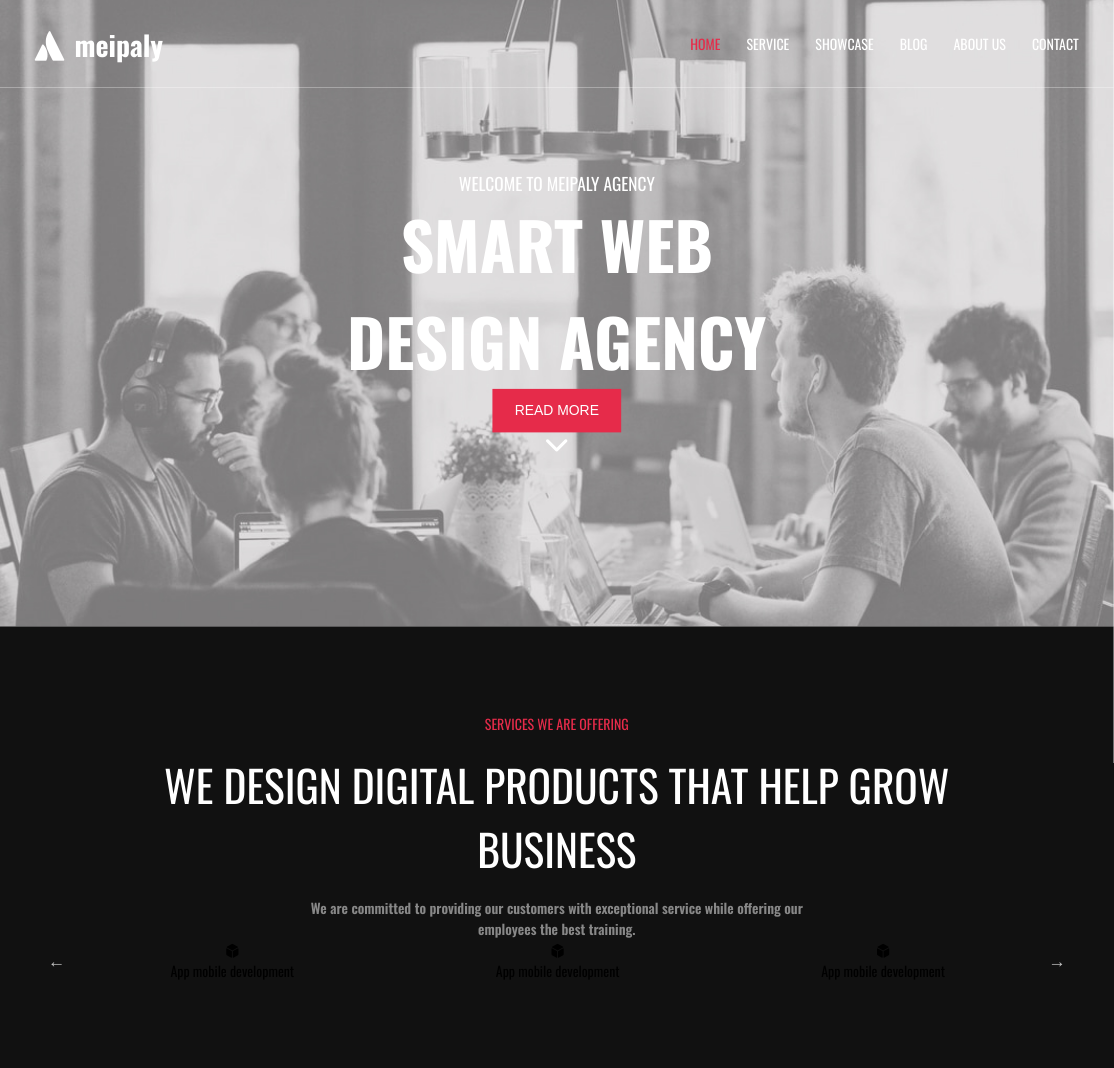
Repository: trminhphuc1504/meipaly
Page: meipaly.html
The author's editor kept a copy of each file at every save. The page is drawn from the files as they stood at one save, then again after the next save.
The browser window is 1280 px wide. The pictures show the whole page, at 87% of full size.
Some web fonts or font styles are not loaded; a fallback is used. Some web libraries are served in a nearby version.

Above is the page before, as saved 2024-08-19 00:42:36.

### meipaly.html
<!DOCTYPE html>
<html lang="en">
  <head>
    <meta charset="UTF-8" />
    <meta http-equiv="X-UA-Compatible" content="IE=edge" />
    <meta name="viewport" content="width=device-width, initial-scale=1.0" />
    <title>Meipaly</title>
    <!-- link logo -->
    <link
      rel="stylesheet"
      href="https://cdnjs.cloudflare.com/ajax/libs/font-awesome/6.6.0/css/all.min.css"
    />
    <!-- google-font -->
    <link rel="preconnect" href="https://fonts.googleapis.com" />
    <link rel="preconnect" href="https://fonts.gstatic.com" crossorigin />
    <link
      href="https://fonts.googleapis.com/css2?family=Oswald:wght@200..700&display=swap"
      rel="stylesheet"
    />

    <!-- Slick css -->
    <link rel="stylesheet" href="./lib/slick/slick.css" />

    <!-- Slick CSS Theme -->
    <link rel="stylesheet" href="./lib/slick/slick-theme.css" />

    <!-- link css -->
    <link rel="stylesheet" href="css/meipaly.css" />
  </head>
  <body>
    <!-- header -->
    <section id="header">
      <div class="container">
        <header>
          <div class="header-logo">
            <i class="fa-brands fa-atlassian"></i> <span>meipaly </span>
          </div>
          <nav class="header-nav">
            <ul>
              <li><a class="active" href="">HOME</a></li>
              <li><a href="">SERVICE</a></li>
              <li><a href="">SHOWCASE</a></li>
              <li><a href="">BLOG</a></li>
              <li><a href="">ABOUT US</a></li>
              <li><a href="">CONTACT</a></li>
            </ul>
          </nav>
        </header>
      </div>
    </section>
    <!-- banner -->
    <section id="banner">
      <div class="banner-content">
        <p class="banner-desc">WELCOME TO MEIPALY AGENCY</p>
        <h1 class="banner-title">SMART WEB DESIGN AGENCY</h1>
        <button class="banner-btn">Read More</button>
        <i class="fa-solid fa-chevron-down banner-icon"></i>
      </div>
    </section>

    <!-- Carousel -->
    <section id="carousel">
      <div class="container">
        <div class="carousel-content">
          <div class="carousel-sub-title">SERVICES WE ARE OFFERING</div>
          <h2 class="carousel-title">
            WE DESIGN DIGITAL PRODUCTS THAT HELP GROW BUSINESS
          </h2>
          <p class="carousel-desc">
            We are committed to providing our customers with exceptional service
            while offering our employees the best training.
          </p>
          <div class="carousel-slider">
            <div class="carousel-slider-item">
              <i class="fa-solid fa-dice-d6"></i>
              <p>App mobile development</p>
            </div>
            <div class="carousel-slider-item">
              <i class="fa-solid fa-dice-d6"></i>
              <p>App mobile development</p>
            </div>
            <div class="carousel-slider-item">
              <i class="fa-solid fa-dice-d6"></i>
              <p>App mobile development</p>
            </div>
            <div class="carousel-slider-item">
              <i class="fa-solid fa-dice-d6"></i>
              <p>App mobile development</p>
            </div>
            <div class="carousel-slider-item">
              <i class="fa-solid fa-dice-d6"></i>
              <p>App mobile development</p>
            </div>
            <div class="carousel-slider-itemr">
              <i class="fa-solid fa-dice-d6"></i>
              <p>App mobile development</p>
            </div>
            <div class="carousel-slider-item">
              <i class="fa-solid fa-dice-d6"></i>
              <p>App mobile development</p>
            </div>
            <div class="carousel-slider-item">
              <i class="fa-solid fa-dice-d6"></i>
              <p>App mobile development</p>
            </div>
          </div>
        </div>
      </div>
    </section>

    <!-- JQuery -->
    <script src="./js/jquery-1.11.0.min.js"></script>
    <!-- Slick JS -->
    <script src="./lib/slick/slick.min.js"></script>

    <script>
      $(".carousel-slider").slick({
        infinite: true,
        slidesToShow: 3,
        slidesToScroll: 3,
      });
    </script>
  </body>
</html>

### css/meipaly.css
/* reset css */
* {
margin: 0;
padding: 0;
box-sizing: border-box;
}

/* reset gạch chân mặc định của thẻ a  */
a{
    text-decoration: none;
}
html{
    font-family: "Oswald", sans-serif;
}

.container{
    max-width: 1200px;
    margin: auto;
    /* background: blue; */
}

/* --------------Header-------------- */
header{
    display: flex;
    justify-content: space-between;
    height: 100px;
    align-items: center;
}

#header{
    position: absolute;
    width: 100%;
    left: 0;
    top:0;
    border-bottom:1px solid rgba(255, 255, 255, 0.4);
}

header .header-logo{
    /* thay đổi hình dạng của con trỏ chuột */
    cursor:pointer ;
}

/* selector chọn những thẻ có class là header-logo nằm trong thẻ header */
header .header-logo span{
 font-size:32px;
 font-weight: 700;
 color:#fff;
 margin-left:  8px;
}

header .header-logo i{
    font-size:34px;
    color: #fff;
}

header .header-nav a{
    text-decoration: none;
    text-transform: uppercase;
    color: #fff;
    /* Xác định thuộc tính thay đổi */
    /* transition: all; */

    /* Thời gian thực hiện chuyển động thay đổi */
    /* transition-duration: 0.3s; */

    /* Hiệu ứng thay đổi */
    /* transition-timing-function: ease-in-out; */

    /* Cú pháp rút gọn */
    transition: all 0.3s ease-in-out;
}
/* hover: bắt sự kiện khi rê chuột vào thẻ a */
header .header-nav a:hover{
color: #e62b4a;
}
/* C1 */
/* header .header-nav li {
    display: inline;
    margin: 30px;
} */

/* C2: Sử dụng flex */
header .header-nav ul{
    /* bỏ đi đánh dấu của thẻ ul li */
    list-style: none;
    display: flex;
    /* chỉnh khoảng cách giữa các flex items */
    gap: 30px;
}
/* C1: thêm class active vào thẻ a ở file html */
/* Seclector tới thẻ a có class active nằm trong header-nav và trong header */
header .header-nav a.active{
    color: #e62b4a;
}

/* C2 */
/* Selector tới thẻ a trong thẻ con li đầu tiên của thẻ ul */
/* nth-child():lựa chọn tới thẻ con bất kì */
/* header .header-nav ul li:first-child{
    color: #e62b4a;
} */

#banner{
        /* Dùng hình ảnh để làm hình nền  */
        background:url(../img/home_slider.jpg);
        /*Tránh trường hợp lặp lại hình*/
        background-repeat: no-repeat;
        /* Chỉnh kích thước của hình nền */
        /* cover:chiếm hết toàn bộ kích thước của thẻ cha */
        /* contain: Giữ nguyên kích thước của hình*/
        background-size: cover;
        /* Chỉnh sửa vị trí của hình background */
        background-position: center;

        /* Cú pháp viết gọn */
        /* background:url(../img/home_slider.jpg) no-repeat center / cover; */
}



/* Banner */
/* Căn giữa nội dụng */
/* C1: flex box */
#banner .banner-content{
    display: flex;
    flex-direction: column;
    justify-content: center;
    align-items: center;
    height:100vh;
}

#banner .banner-content .banner-icon{
    color:#fff;
    font-size: 28px;

    /* Tên của animation đang muốn áp dụng vào */
    animation-name: fadeDown;

    /* Kiểu chuyển động của animation */
    animation-timing-function: linear;

    /* Thời gian thực hiện của animation */
    animation-duration: 1s;

    animation-fill-mode: both;

    /* Thời gian chờ trước khi animation đc thực hiện */
    animation-delay: 1s;

    /* Số lần animation đc thực hiện */
    animation-iteration-count: infinite;


    /* Cú pháp rút gọn: */
    /* animation:fadeDown 1s linear infinite; */
}

/* C2:Position */
/* #banner{
    position: relative;
} */

/* #banner .banner-content{
    position: absolute;
    top:50%;
    left:50%;
    transform: translate(-50%,-50%);
    margin-top:79px;
    text-align: center;
    background-color: #111;
} */

#banner .banner-content .banner-desc{
    color: white;
    font-size: 20px;

}

#banner .banner-content .banner-title{
    color: white;
    font-size: 75px;
    max-width: 500px;
    text-align: center;
}



#banner .banner-content .banner-btn{
    background-color: rgb(230, 43, 74);
    padding: 14px 24px;
    text-transform: uppercase;
    color: #fff;
    font-size: 16px;
    font-weight: 400;
    cursor: pointer;
    outline: none;
    border: 2px solid transparent;
    transition: all 0.3s ease-in-out;
}

#banner .banner-content .banner-btn:hover{
    /* Giá trị cuối cùng (alpha) từ 0-1 giá trị càng nhỏ thì càng đậm */
    /* background-color: rgb(230, 43, 74); */
    background: rgb(230, 43, 74 ,0.6);
}

/* Tạo animation */
/* @keyframe */
@keyframes fadeDown {
    from{
        /* thuộc tính của trang thái bắt đầu */
        opacity: 1;
        transform: translateY(0);
    }
    to{
        /* thuộc tính ở trạng thái khết thúc */
        opacity: 0;
        transform: translateY(50px);
    }
}


/* Carousel */
#carousel{
    padding: 100px 80px;
    background-color:#111;
}

#carousel .carousel-content {
    text-align: center;

}

#carousel .carousel-content .carousel-sub-title{
    color:#e62b4a
}

#carousel .carousel-content .carousel-title{
    font-size: 50px;
    font-weight: 400;
    color:#fff;
    padding: 20px 60px;
}

#carousel .carousel-content .carousel-desc{
    font-size: 16px;
    font-weight: 600;
    color: #888;
    /* padding: 0 60px; */
    /* Độ rộng lớn nhất 600px */
    max-width: 600px;
    /* Căn giữa */
    margin: auto;
}

Loaded but not shown: lib/slick/slick.css (common file); lib/slick/slick-theme.css (library); js/jquery-1.11.0.min.js (library); lib/slick/slick.min.js (library)

After the next save:
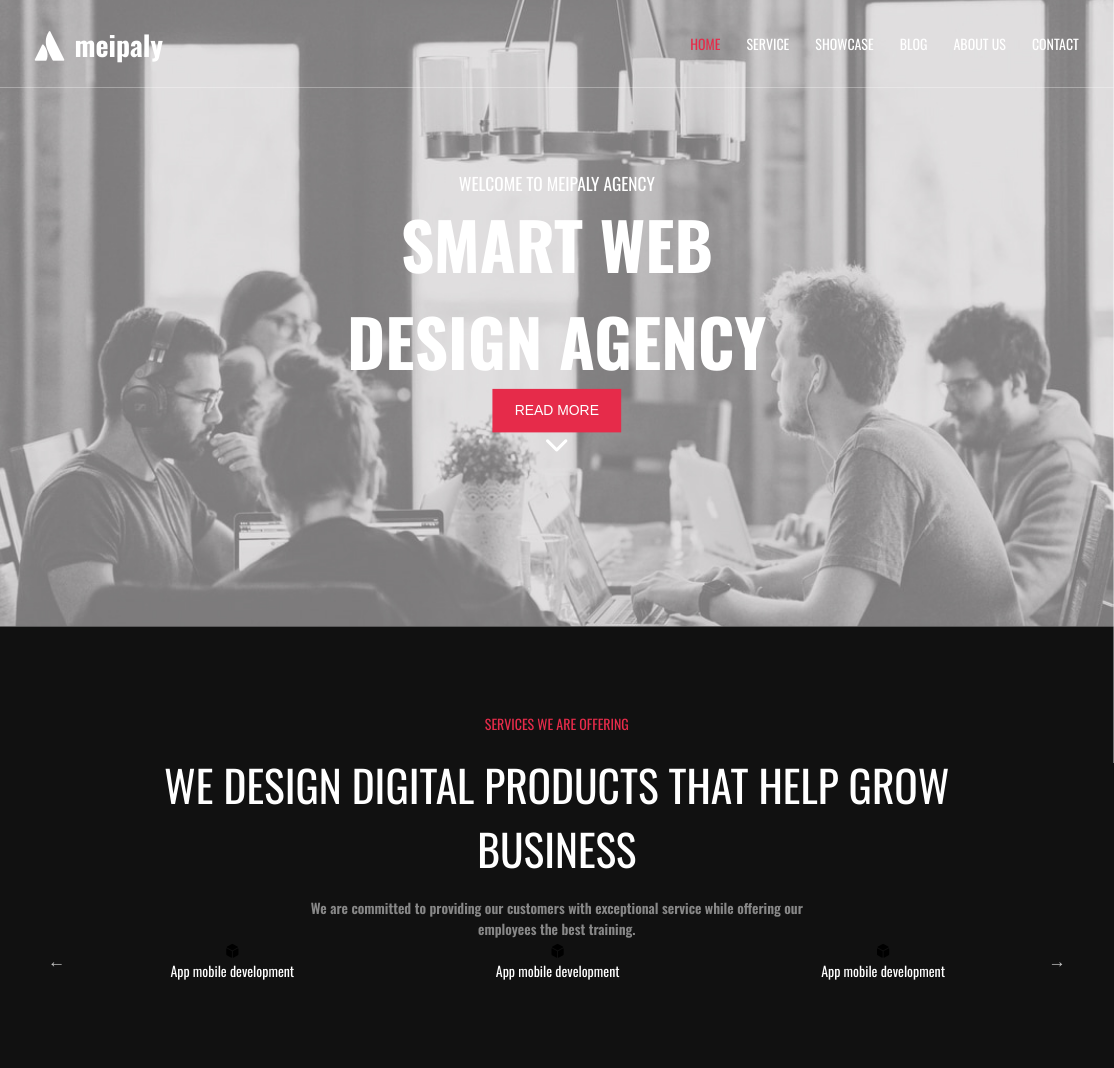
Saved 16 h 25 min later.
--- a/css/meipaly.css
+++ b/css/meipaly.css
@@ -252,3 +252,8 @@
     /* Căn giữa */
     margin: auto;
 }
+
+
+#carousel .carousel-slider-item p{
+    color: #fff
+}
